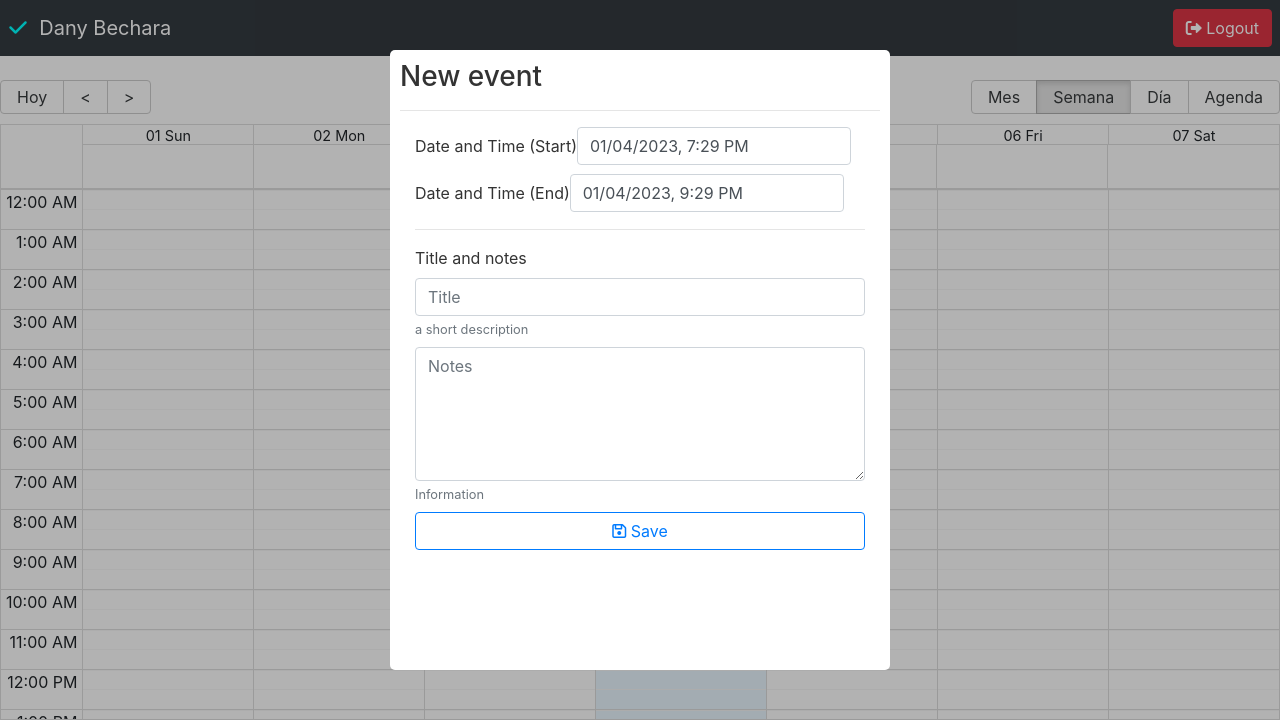
Repository: bechara611/calendar-frontend
Page: /
An editor plug-in stored every save of this project. The page is shown before and after the next save, followed by the edit.
The browser window is 1280 px wide. The pictures show the whole page.
An inner scrolling area shows only its first screen. The project was rebuilt for these pictures with package versions that can differ from the ones it lists, and the page was loaded fresh each time. Some packages were replaced by stand-ins written for this rebuild. Also part of the build but not shown: vite.config.js. Imported but missing from the stored project, and not drawn on this page: src/auth.

Above is the page before, as saved 2023-01-06 11:31:07.

After the next save:
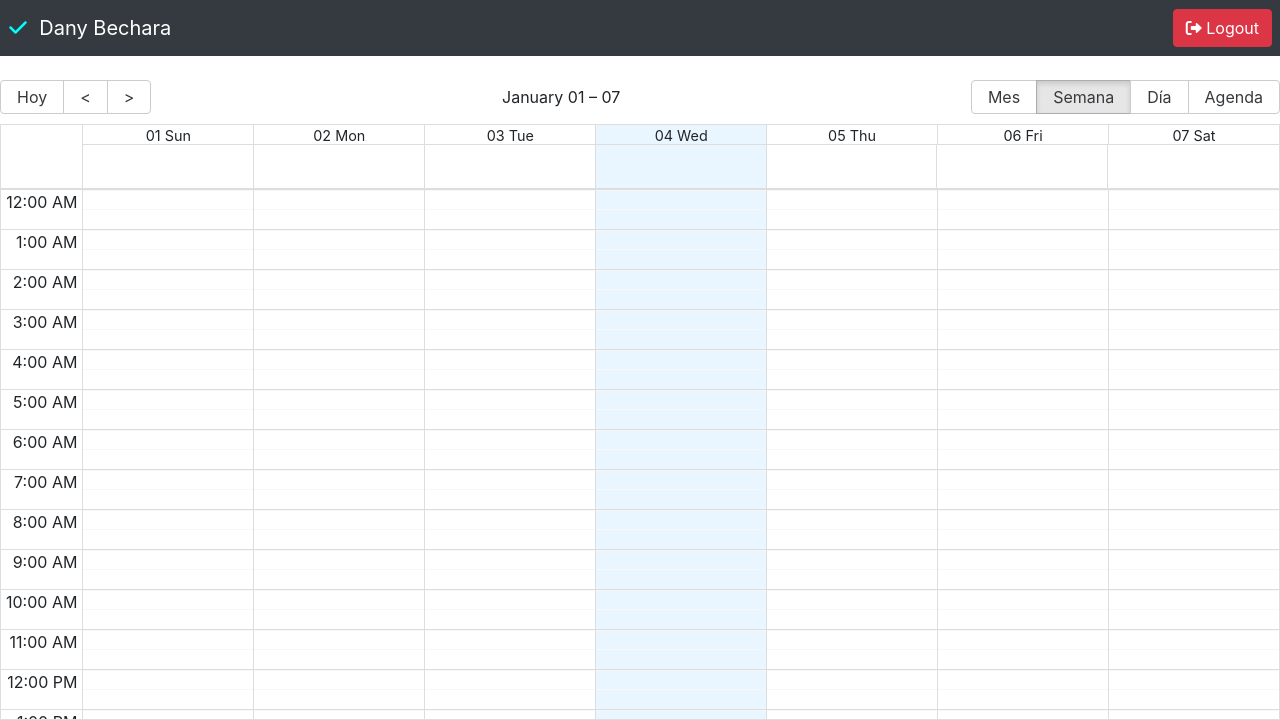
Saved 92 s later.
--- a/src/calendar/components/CalendarModal.jsx
+++ b/src/calendar/components/CalendarModal.jsx
@@ -6,6 +6,7 @@ import "react-datepicker/dist/react-datepicker.css";
 import './CalendarModal.css'
 import Swal from 'sweetalert2';
 import 'sweetalert2/dist/sweetalert2.min.css'
+import { useUiStore } from '../../hooks';
 const customStyles = {
     content: {
         top: '50%',
@@ -18,7 +19,7 @@ const customStyles = {
 };
 Modal.setAppElement('#root');
 export const CalendarModal = () => {
-    const [isOpen, setisOpen] = useState(true)
+    const {isDateModalOpen}= useUiStore()
     const [submited, setsubmited] = useState(false)
     const [formValues, setformValues] = useState({
         title: '',
@@ -49,7 +50,7 @@ const isValidOrNot = useMemo(() => {
     }
     const onCloseModal = () => {
         console.log('cerrando modal')
-        setisOpen(false)
+
         console.log(formValues)
     }
 
@@ -75,7 +76,7 @@ console.log(formValues)
     return (
         <>
             <Modal
-                isOpen={isOpen}
+                isOpen={isDateModalOpen}
                 onRequestClose={onCloseModal}
                 style={customStyles}
                 className='modal'

After the save that followed:
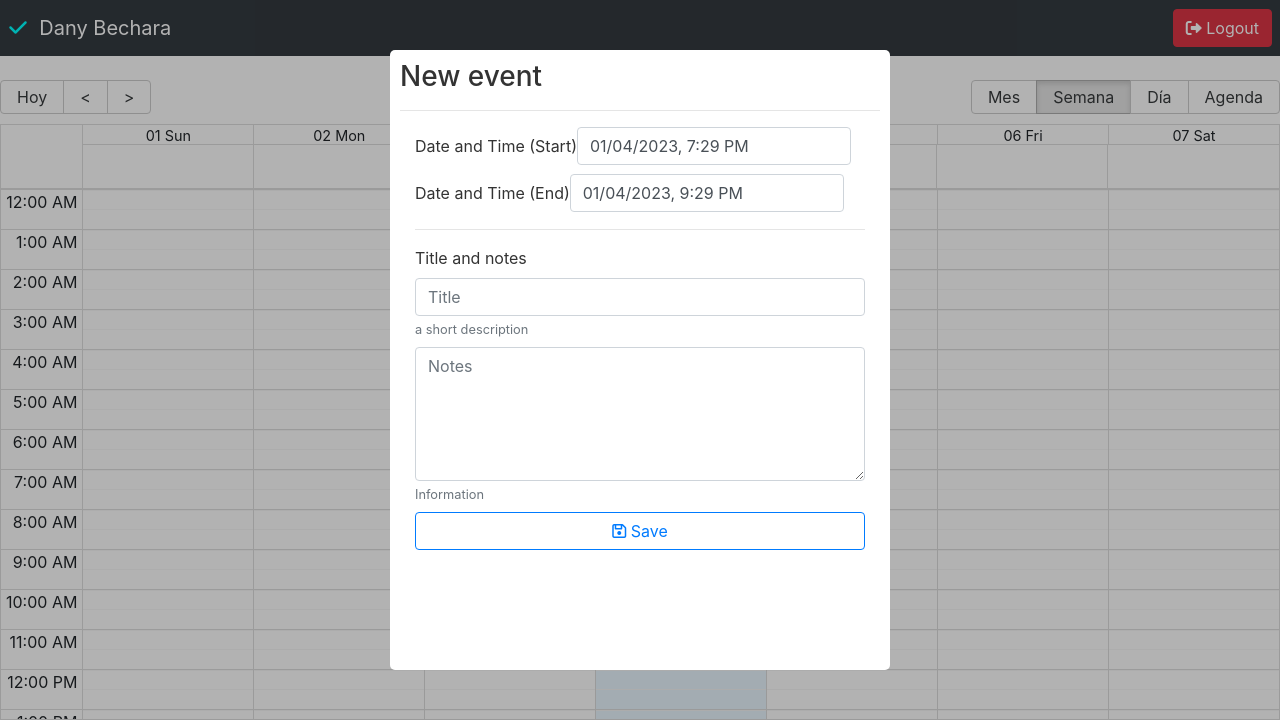
Saved 33 s later.
--- a/src/store/ui/uiSlice.js
+++ b/src/store/ui/uiSlice.js
@@ -1,7 +1,7 @@
 import { createSlice } from '@reduxjs/toolkit'
 
 const initialState = {
-isDateModalOpen:false,
+isDateModalOpen:true,
 }
 
 export const uiSlice = createSlice({
